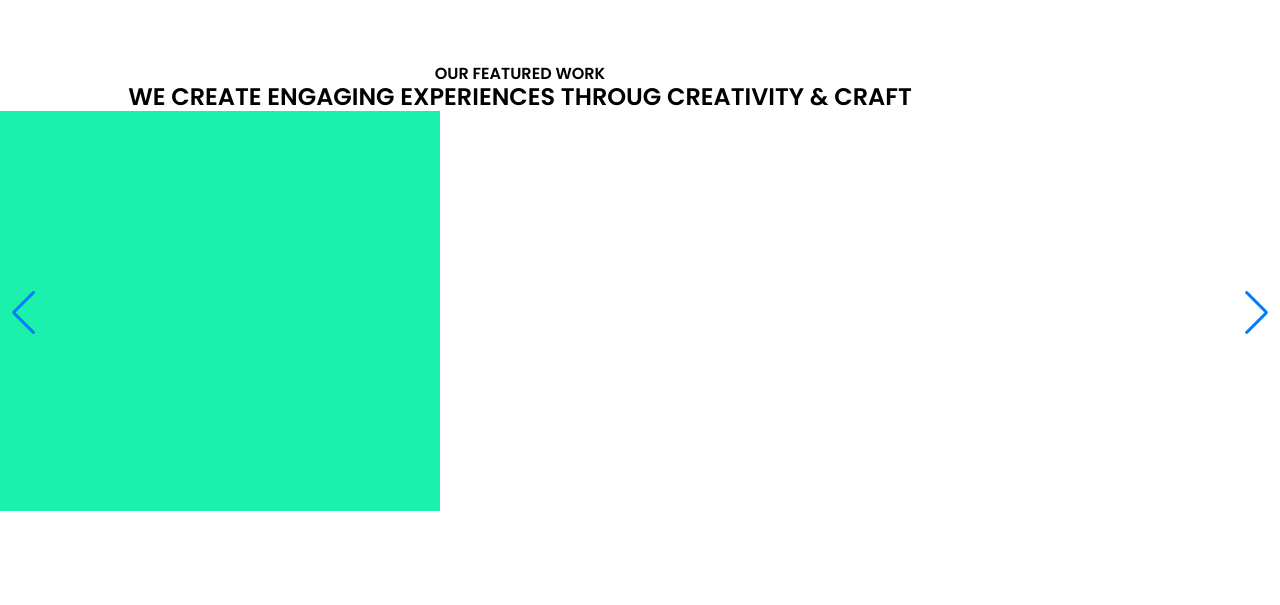
Repository: NastyaGavrilova/Beetroot-js
Page: HW10/index.html
An editor plug-in stored every save of this project. The page is shown before and after the next save, followed by the edit.
The browser window is 1280 px wide. The pictures show the whole page.

Above is the page before, as saved 2021-10-31 05:26:21.

After the next save:
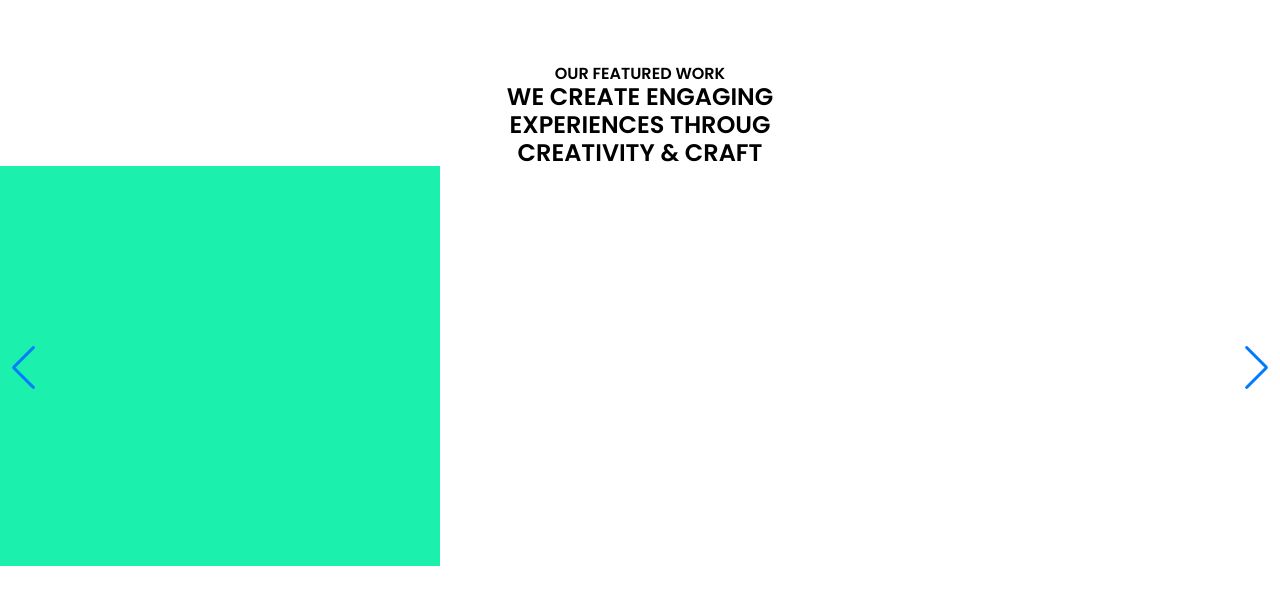
Saved 41 s later.
--- a/HW10/index.css
+++ b/HW10/index.css
@@ -15,6 +15,5 @@ body {
 }
 .c-header__title {
   text-align: center;
-  max-width: 1040px;
-  width: 100%;
+  padding: 0 445px;
 }
